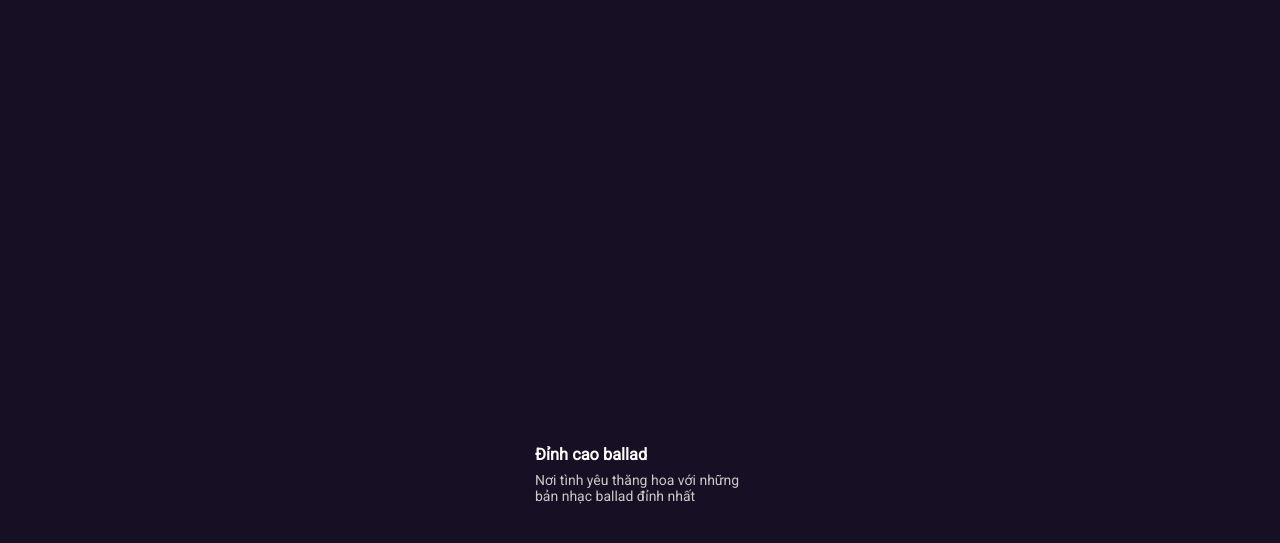
Repository: kaza1509/mp3
Page: index.html
An editor plug-in stored every save of this project. The page is shown before and after a run of saves, followed by the edit.
The browser window is 1280 px wide. The pictures show the whole page.

Above is the page before, as saved 2021-11-30 17:25:20.

### index.html
<!DOCTYPE html>
<html lang="en">
<head>
    <meta charset="UTF-8">
    <meta http-equiv="X-UA-Compatible" content="IE=edge">
    <meta name="viewport" content="width=device-width, initial-scale=1.0">
    <link rel="stylesheet" href="./assets/main.css">
    <link href='https://fonts.googleapis.com/css?family=Roboto&subset=latin,vietnamese' rel='stylesheet' type='text/css'>
    <link href="https://fonts.googleapis.com/icon?family=Material+Icons"
      rel="stylesheet">
    <link rel="shortcut icon" href="./assets/favicon.png" type="image/x-icon">
    <title>Audio mp3</title>
</head>
<body>
    <div id="main">
        <!-- <audio class="audio" src="./assets/music/audio.mp3" loop></audio> -->
        <audio class="audio" src="./assets/music/audio01.mp3" loop></audio>
        <div class="container">
            <div class="container-top">
                <ul class="icon">
                    <li>
                        <i class="material-icons i1" title="Đỉnh cao ballad">favorite</i>
                    </li>
                    <li>
                        <i class="material-icons i2" title="Đỉnh cao ballad">play_circle_filled</i> <!-- đang mở -->
                    </li>
                    <li>
                        <i class="material-icons i3" title="Khác">more_horiz</i>
                    </li>
                </ul>
                <!-- <img src="./assets/img/mp3.jpg" alt="img"> -->
            </div>

            <div class="container-bottom">
                <h3><a href="#">Đỉnh cao ballad</a></h3>
                <p>Nơi tình yêu thăng hoa với những bản nhạc ballad đỉnh nhất</p>
            </div>
        </div>
    </div>
</body>
<script src="./assets/main.js"></script>
</html>

### assets/main.css
* {
    padding: 0;
    margin: 0;
    box-sizing: border-box;
}

body {
    font-family: roboto, serif;
    background-color: #170F23;
}

#main {
    margin-top: 50vh;
    transform: translateY(-50%);
    display: flex;
    justify-content: center;
    align-items: center;
}

.container {
    width: 210px;
}

li {
    list-style: none;
}

.container-top {
    width: 100%;
    height: 220px;
    overflow: hidden;
    position: relative;
    border-radius: 10px;
    position: relative;
}

.container-top > ul {
    position: absolute;
    top: 50%;
    left: 50%;
    transform: translate(-50%);
    z-index: 1000;
    width: 100%;
    display: none;
    text-align: center;
}

.container-top > ul > li {
    display: inline-block;
    padding: 0 15px;
}

.container-top img {
    transition: all 1s;
    width: 100%;
    height: 100%;
    display: block;
}

.container-top:hover img{
    -webkit-transform: scale(1.2);
    transform: scale(1.2);
    opacity: 0.7;
    /* filter: grayscale(30%); */
}

.container-top:hover > ul.icon {
    display: block;
}

.container-top i {
    color: #fff;
    font-size: 25px;
    cursor: pointer;
    display: block;
}

.container-bottom {
    text-align: left;
    font-size: 14px;
}

.container-bottom a {
    display: block;
    text-decoration: none;
    color: #fff;
    margin: 8px 0;
}

.container-bottom p {
    color: rgb(202, 202, 202);
}

### assets/main.js
let a = document.querySelector('.i1')
let bool01 = false
a.addEventListener("click",() => {
    bool01 = !bool01
    if(bool01)
        a.style.color = 'red'
    else
        a.style.color = 'white'
});

let b = document.querySelector('.i2')

let c = document.getElementsByClassName('audio')[0]
let bool02 = true//mở
b.addEventListener("click",() => {
    bool02 = !bool02
    if(!bool02) {
        //tắt
        b.innerHTML  = 'pause'
        c.play()
    }
    else {
        //mở
        b.innerHTML  = 'play_circle_filled'
        c.pause()
    }
});

let bool03 = true
let e = document.querySelector('.i3')
let f = document.querySelector('.appear')
e.addEventListener('click',() => {
    f.style.display = 'block'
})

After the next 6 saves:
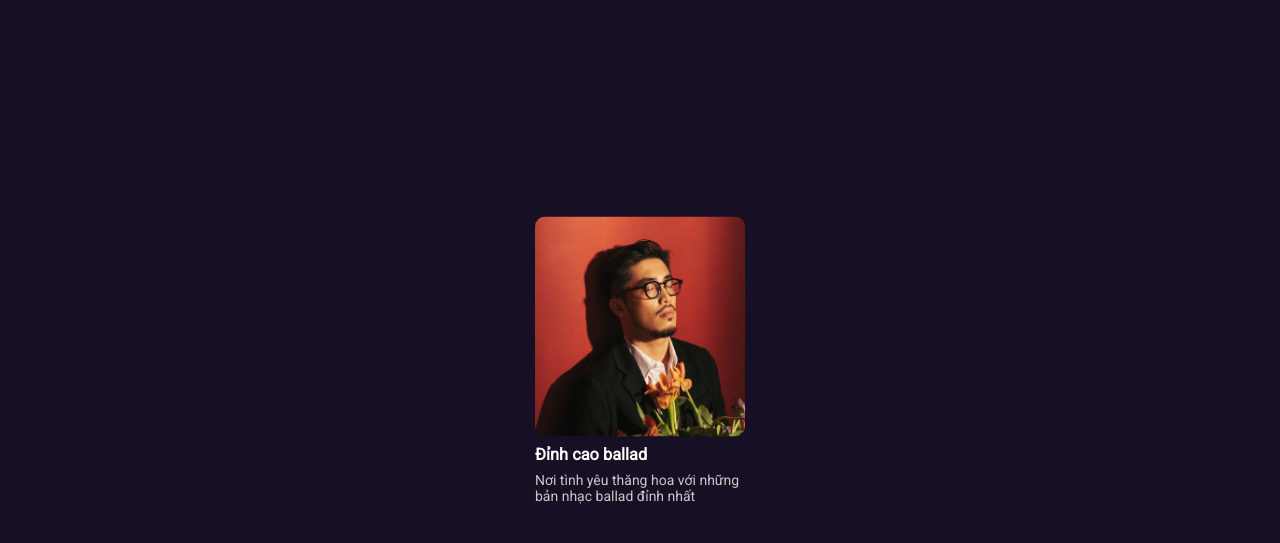
The 6 saves are shown as one change because they came seconds apart.
The last was saved 13 s later.
--- a/index.html
+++ b/index.html
@@ -29,6 +29,7 @@
                     </li>
                 </ul>
                 <!-- <img src="./assets/img/mp3.jpg" alt="img"> -->
+                <img src="./assets/img/vu.jpg" alt="vu">
             </div>
 
             <div class="container-bottom">
